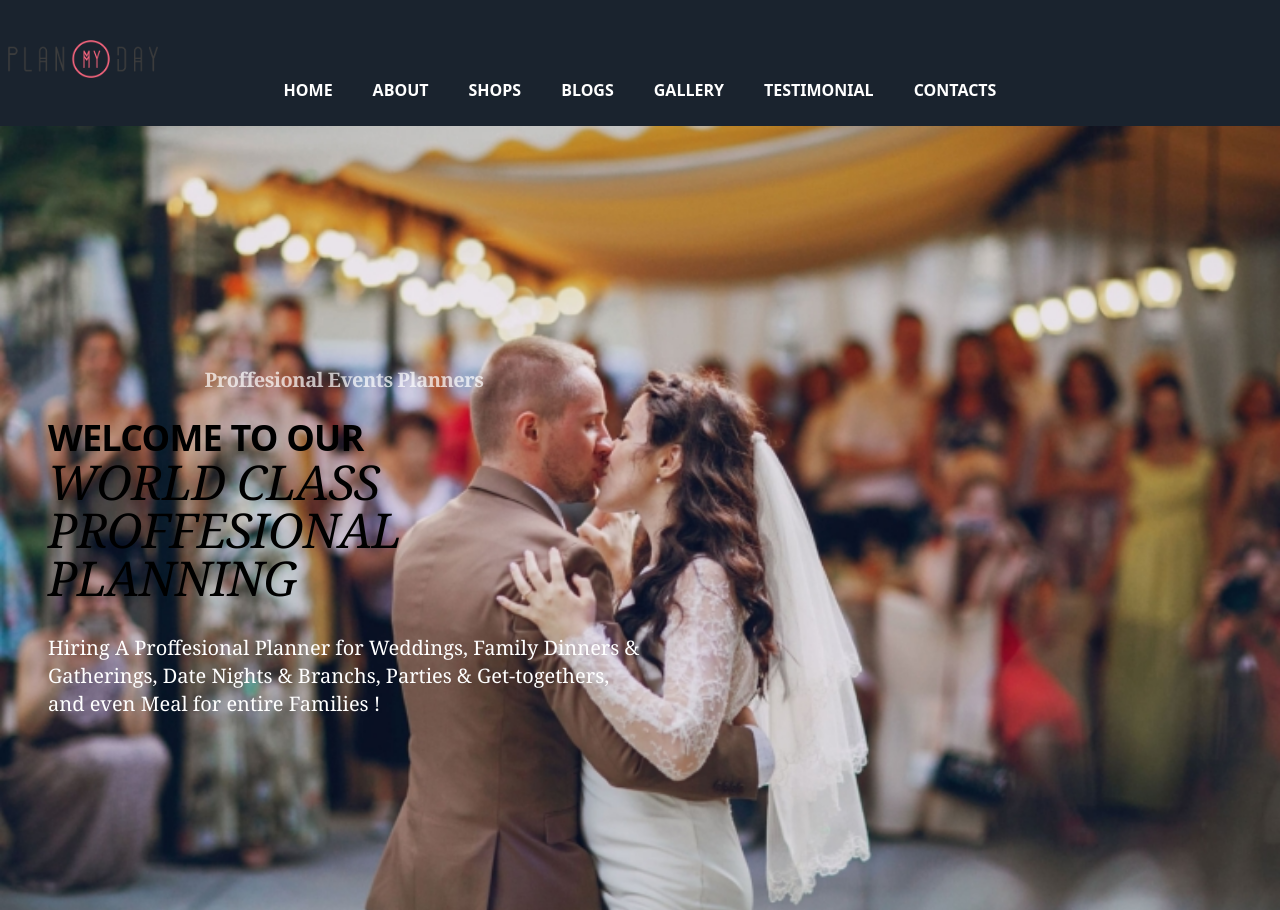
Repository: remydev47/eventsplanner
Page: /
An editor plug-in stored every save of this project. The page is shown before and after a run of saves, followed by the edit.
The browser window is 1280 px wide. The pictures show the whole page.
The project was rebuilt for these pictures with package versions that can differ from the ones it lists, and the page was loaded fresh each time. The framework's server and built-in components were replaced by stand-ins that run in the browser. Also part of the build but not shown: next.config.js, components/Navbar.jsx, components/Navigation.jsx, sections/Gallery.jsx, sections/Testimonial.jsx, sections/Plan.jsx, sections/Products.jsx, sections/Projects.jsx. Imported but missing from the stored project, and not drawn on this page: components/Button.

Above is the page before, as saved 2023-01-23 08:22:53.

### app/layout.jsx
import '../styles/globals.css';

export default function RootLayout({ children }) {
  return (
    <html lang="en">
      {/*
        <head /> will contain the components returned by the nearest parent
        head.jsx. Find out more at https://beta.nextjs.org/docs/api-reference/file-conventions/head
      */}
      <head />
      <body>{children}</body>
    </html>
  )
}

### app/page.jsx
import Header from '@/components/Header'
import Navbar from '@/components/Navbar'
import Navigation from '@/components/Navigation'
import { Hero } from '@/sections'
import Image from 'next/image'


export default function Home() {
  return (
   <div className='bg-primary-black'>
     <Header />
     <Hero />
   </div>
  )
}

### components/Header.jsx
'use client';
import React, {useState} from 'react';
import { motion } from "framer-motion";
import { navLinks } from '../constants';
import Logo from './Logo';
import Image from 'next/image';
import { navVariants } from '@/utils/motion';

const Header = () => {
    const [toggle, setToggle] = useState(false)

  return (
  <motion.nav
   variants={navVariants}
   initial="hidden"
   whileInView="show"
   className={`relative`}
  >
    <nav className={styles.container}>
        <Logo />
        <ul
          className={styles.navWrapper}
        >
            {navLinks.map((nav, index) => (
                <li
                 key={nav.id}
                 className={`font-poppins font-bold cursor-pointer text-[16px]
                   ${index === navLinks.length - 1 ? 'mr-0' : 'mr-10'}
                  text-white `}
                >
                    <a href={`#${nav.id}`}>
                        {nav.title}
                    </a>
                </li>
            ))}
        </ul>
        {/* mobile */}
        <div className={styles.mobile}>
            <Image
              src={ toggle ? '/images/close.svg' : '/images/menu.svg'}
              alt='menu'
              width={60}
              height={60}
              className={styles.mobileItem}
              onClick={() => setToggle((prev) => !prev)}
            />
            {/* toggle menu */}
            <motion.nav
              variants={navVariants}
              initial="hidden"
              whileInView="show"
              className={`relative`}
               >
             <div className={`${toggle ? 'flex' : 'hidden'} ${styles.toggleContainer}`}
             >
              <ul
                className={styles.navWrapper2}
              >
                {navLinks.map((nav, index) => (
                    <li
                     key={nav.id}
                     className={` font-bold cursor-pointer text-[16px]
                     mt-2 border-t border-slate-200 py-4 dark:border-slate-600
                     ${index === navLinks.length - 1 ? 'mr-0' : 'mb-4'}
                     text-white `}
                    >
                     <a href={`#${nav.id}`}>
                        {nav.title}
                     </a>
                    </li>
                 ))}
              </ul>
             </div>
            </motion.nav>

        </div>
    </nav>
  </motion.nav>
  )
}

export default Header;

const styles = {
    container:`w-full py-6 justify-between items-center navbar`,
    navWrapper:`list-none sm:flex hidden justify-center items-center flex-1`,
    navWrapper2:`list-none flex flex-col justify-end items-center flex-1`,
    mobile:`sm:hidden flex flex-1 justify-end items-center`,
    mobileItem:`h-[28px] w-[28px] object-contain`,
    toggleContainer:`p-6 bg-primary-black absolute top-20 right-0 mx-4 my-2 min-w-[140px] rounded-xl sidebar`
}

### sections/index.js
import Gallery from "./Gallery";
import Testimonial from "./Testimonial";
import Plan from "./Plan";
import Products from "./Products";
import Projects from "./Projects";
import Hero from "./Hero";

export {
    Gallery, Testimonial, Plan, Products, Projects, Hero
}

### constants/index.js
export const navLinks =[
    {
        id:"home",
        title:"HOME"
    },
    {
        id:"about",
        title:"ABOUT"
    },
    {
        id:"shop",
        title:"SHOPS"
    },

    {
        id:"blog",
        title:"BLOGS"
    },
    {
        id:"gallery",
        title:"GALLERY"
    },
    {
        id:"testimonials",
        title:"TESTIMONIAL"
    },
    {
        id:"contacts",
        title:"CONTACTS"
    },
]

### components/Logo.jsx
'use client';
import Image from "next/image";

const Logo = () => {
  return (
    <div>
        <Image
          alt="events-planner"
          src='/images/logo_black.png'
          width={150}
          height={75}
          className='ml-2 mt-4'
        />
    </div>
  )
}

export default Logo

### utils/motion.js
export const navVariants = {
    hidden: {
      opacity: 0,
      y: -50,
      transition: {
        type: 'spring',
        stiffness: 300,
        damping: 140,
      },
    },
    show: {
      opacity: 1,
      y: 0,
      transition: {
        type: 'spring',
        stiffness: 80,
        delay: 1,
      },
    },
  };

  export const slideIn = (direction, type, delay, duration) => ({
    hidden: {
      x: direction === 'left' ? '-100%' : direction === 'right' ? '100%' : 0,
      y: direction === 'up' ? '100%' : direction === 'down' ? '100%' : 0,
    },
    show: {
      x: 0,
      y: 0,
      transition: {
        type,
        delay,
        duration,
        ease: 'easeOut',
      },
    },
  });

  export const staggerContainer = (staggerChildren, delayChildren) => ({
    hidden: {},
    show: {
      transition: {
        staggerChildren,
        delayChildren,
      },
    },
  });

  export const textVariant = (delay) => ({
    hidden: {
      y: 50,
      opacity: 0,
    },
    show: {
      y: 0,
      opacity: 1,
      transition: {
        type: 'spring',
        duration: 1.25,
        delay,
      },
    },
  });

  export const textContainer = {
    hidden: {
      opacity: 0,
    },
    show: (i = 1) => ({
      opacity: 1,
      transition: { staggerChildren: 0.1, delayChildren: i * 0.1 },
    }),
  };

  export const textVariant2 = {
    hidden: {
      opacity: 0,
      y: 20,
    },
    show: {
      opacity: 1,
      y: 0,
      transition: {
        type: 'tween',
        ease: 'easeIn',
      },
    },
  };

  export const fadeIn = (direction, type, delay, duration) => ({
    hidden: {
      x: direction === 'left' ? 100 : direction === 'right' ? -100 : 0,
      y: direction === 'up' ? 100 : direction === 'down' ? -100 : 0,
      opacity: 0,
    },
    show: {
      x: 0,
      y: 0,
      opacity: 1,
      transition: {
        type,
        delay,
        duration,
        ease: 'easeOut',
      },
    },
  });

  export const planetVariants = (direction) => ({
    hidden: {
      x: direction === 'left' ? '-100%' : '100%',
      rotate: 120,
    },
    show: {
      x: 0,
      rotate: 0,
      transition: {
        type: 'spring',
        duration: 1.8,
        delay: 0.5,
      },
    },
  });

  export const zoomIn = (delay, duration) => ({
    hidden: {
      scale: 0,
      opacity: 0,
    },
    show: {
      scale: 1,
      opacity: 1,
      transition: {
        type: 'tween',
        delay,
        duration,
        ease: 'easeOut',
      },
    },
  });

  export const footerVariants = {
    hidden: {
      opacity: 0,
      y: 50,
      transition: {
        type: 'spring',
        stiffness: 300,
        damping: 140,
      },
    },
    show: {
      opacity: 1,
      y: 0,
      transition: {
        type: 'spring',
        stiffness: 80,
        delay: 0.5,
      },
    },
  };

### sections/Hero.jsx
'use client';
import { slideIn } from "@/utils/motion";
import { motion } from "framer-motion";

const Hero = () => {
    return(
    <section className='relative pt-48 pb-12 xl:pt-60 sm:pb-16 lg:pb-32 xl:pb-48 2xl:pb-56'>
        <motion.div
          variants={slideIn('right', 'tween', 0.2, 1)}
         >
          <div className="absolute inset-0">
           <img className="object-cover w-full h-full" src="/images/hero.jpg" alt="" />
          </div>
        </motion.div>

     <div className='relative'>
       <div className="px-6 mx-auto sm:px-8 lg:px-12 max-w-7xl">
        <div className="w-full lg:w-2/3 xl:w-1/2">
         <h1 className="font-serif text-xl font-bold tracking-tight text-white text-opacity-70 text-center">Proffesional Events Planners</h1>
          <p className="mt-6 tracking-tighter text-[#000]">
            <span className="font-sans font-bold text-4xl">WELCOME TO OUR </span><br />
            <span className="font-serif italic font-BOLD text-5xl">WORLD CLASS PROFFESIONAL PLANNING</span>
         </p>
         <p className="mt-8 font-erif text-xl font-serif text-[#fff]">
          Hiring A Proffesional Planner for Weddings, Family Dinners & Gatherings, Date Nights & Branchs, Parties & Get-togethers, and even Meal for entire Families !
         </p>
        </div>
      </div>
     </div>
     </section>
    )
}

export default Hero;

### components/MenuPopover.jsx
'use client';
import { navLinks } from "@/constants";
import Logo from "./Logo";
import React, {useState, Fragment} from 'react';
import { navLinks } from '../constants';
import { IconButton, Button } from './Button';
import { Transition, Dialog } from '@headlessui/react';
import Logo from './Logo';
import Image from 'next/image';

const Menupopover = () => {
  const [isOpen, setIsOpen] = useState(false)

  return (
    <div>

      <svg className='h-6 w-6 ' fill='none' stroke='currentColor'>
        <path
          strokeLinecap='round'
          strokeLinejoin='round'
          strokeWidth={2}
          d='M4 6h16M4 12h16M4 18h16'
        />
      </svg>

    <Transition
      show={isOpen}
      appear
      as={Fragment}
      enter='transform transition ease-in-out duration-300'
      enterFrom='-translate-x-full'
      enterTo='translate-x-0'
      leave='transform transition ease-in-out duration-300 delay-200'
      leaveFrom='translate-x-0'
      leaveTo='-translate-x-full'
     >
     <Dialog
       as='div'
       className={`fixed inset-0 z-50`}
       onClose={setIsOpen}
       open={isOpen}
       >
       <Transition.Child
         as={Fragment}
         enter='ease-out duration-300 delay-300'
         enterFrom='opacity-0'
         enterTo='opacity-100'
         leave='ease-in duration-200'
         leaveFrom='opacity-100'
         leaveTo='opacity-0'
       >

        <Dialog.Overlay
          className={`fixed inset-0 bg-black/20 backdrop-blur-sm dark:bg-gray-900/80`}
         />
      </Transition.Child>
       <div className={styles.dialogcontainer}>
        <a className='mx-auto mt-4 flex w-[140px] '>
          <Logo />
        </a>
        <ul
            className={styles.navWrapper2}
         >
            {navLinks.map((nav, index) => (
                <li
                 key={nav.id}
                 className={` font-bold cursor-pointer text-[16px]
                  mt-2 border-t border-slate-200 py-4 dark:border-slate-600
                  ${index === navLinks.length - 1 ? 'mr-0' : 'mb-4'}
                  text-white `}
                >
                 <a href={`#${nav.id}`}>
                    {nav.title}
                 </a>
                </li>
             ))}
         </ul>


          <svg
            viewBox='0 0 10 10'
            className='h-2.5 w-2.5 overflow-visible'
            aria-hidden='true'
          >
            <path
                d='M0 0L10 10M10 0L0 10'
                fill='none'
                stroke='currentColor'
                strokeWidth='2'
                strokeLinecap='round'
              />
          </svg>

       </div>
     </Dialog>
    </Transition>
  </div>
  )
}

export default Menupopover;

const styles ={
  dialogcontainer:`fixed top-0 bottom-0 left-0 w-full max-w-xs rounded-r-xl bg-blue-400 p-6 shadow-lg dark:bg-gray-800`,
  menuitems:`group relative flex h-9 items-center oveflow-hidden rounded-md hover:bg-slate-200/50`,
  navWrapper2:`list-none flex flex-col justify-end items-center flex-1`,
}

Loaded but not shown: styles/globals.css (common file); tailwind.config.js (common file)

After the next 3 saves:
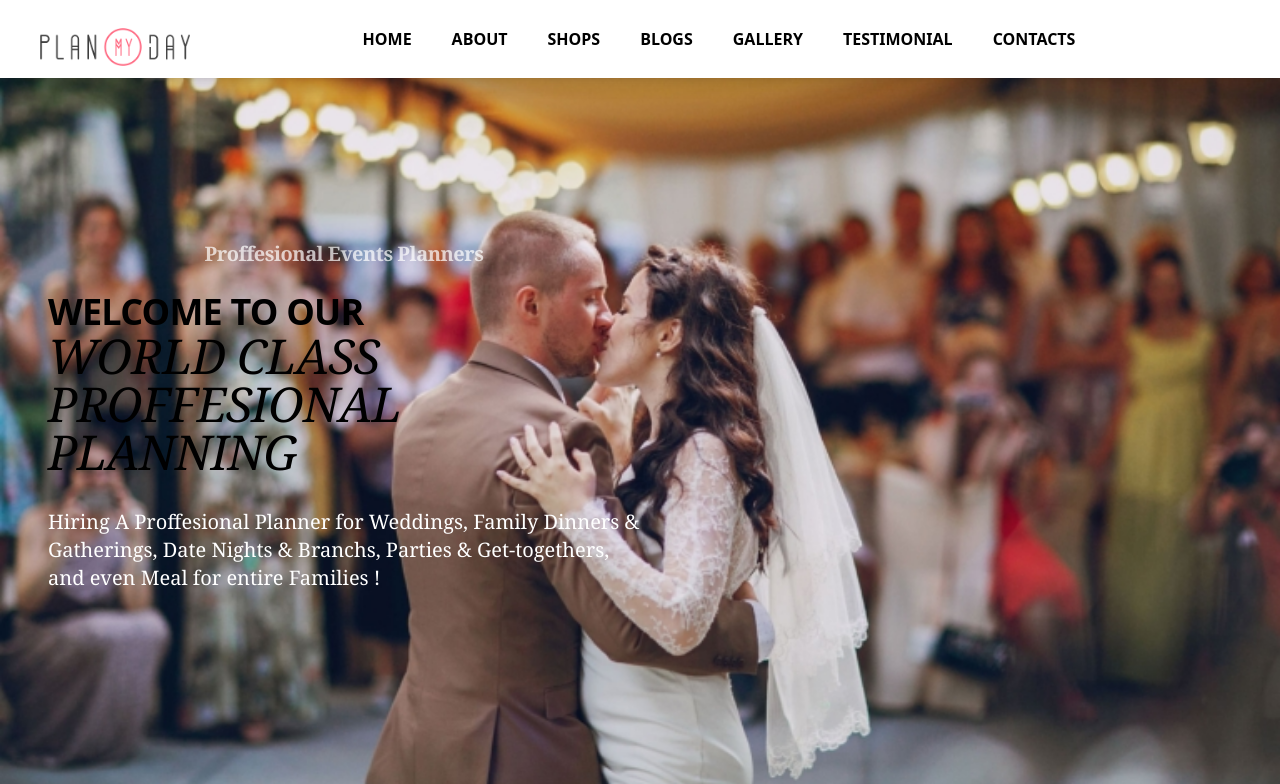
The 3 saves are shown as one change because 2 did not build or start.
The last was saved 5 min 25 s later.
--- a/components/Header.jsx
+++ b/components/Header.jsx
@@ -5,6 +5,8 @@
 import Logo from './Logo';
 import Image from 'next/image';
 import { navVariants } from '@/utils/motion';
+import Menupopover from './MenuPopover';
+
 
 const Header = () => {
     const [toggle, setToggle] = useState(false)
@@ -16,65 +18,31 @@
    whileInView="show"
    className={`relative`}
   >
-    <nav className={styles.container}>
-        <Logo />
-        <ul
-          className={styles.navWrapper}
-        >
+   <header className="fixed inset-x-0 bg-[#fff] z-20 flex justify-between items-center py-2 px-2 shadow-lg dark:bg-slate-900 sm:py-3 sm:px-8">
+            <div className='flex grow-0 basis-1/3 md:hidden'>
+                <Menupopover />
+            </div>
+
+             <div className='flex grow-0 justify-center md:justify-start'>
+                <Logo />
+
+            </div>
+
+
+            <ul className="list-none sm:flex hidden justify-center items-center flex-1">
             {navLinks.map((nav, index) => (
                 <li
-                 key={nav.id}
-                 className={`font-poppins font-bold cursor-pointer text-[16px]
+                key={nav.id}
+                className={`font-bold cursor-pointer text-[16px] hover:text-blue-400
                    ${index === navLinks.length - 1 ? 'mr-0' : 'mr-10'}
-                  text-white `}
+                  text-black `}
                 >
-                    <a href={`#${nav.id}`}>
-                        {nav.title}
-                    </a>
+                    <a>{nav.title}</a>
                 </li>
             ))}
-        </ul>
-        {/* mobile */}
-        <div className={styles.mobile}>
-            <Image
-              src={ toggle ? '/images/close.svg' : '/images/menu.svg'}
-              alt='menu'
-              width={60}
-              height={60}
-              className={styles.mobileItem}
-              onClick={() => setToggle((prev) => !prev)}
-            />
-            {/* toggle menu */}
-            <motion.nav
-              variants={navVariants}
-              initial="hidden"
-              whileInView="show"
-              className={`relative`}
-               >
-             <div className={`${toggle ? 'flex' : 'hidden'} ${styles.toggleContainer}`}
-             >
-              <ul
-                className={styles.navWrapper2}
-              >
-                {navLinks.map((nav, index) => (
-                    <li
-                     key={nav.id}
-                     className={` font-bold cursor-pointer text-[16px]
-                     mt-2 border-t border-slate-200 py-4 dark:border-slate-600
-                     ${index === navLinks.length - 1 ? 'mr-0' : 'mb-4'}
-                     text-white `}
-                    >
-                     <a href={`#${nav.id}`}>
-                        {nav.title}
-                     </a>
-                    </li>
-                 ))}
-              </ul>
-             </div>
-            </motion.nav>
+           </ul>
 
-        </div>
-    </nav>
+        </header>
   </motion.nav>
   )
 }
--- a/components/MenuPopover.jsx
+++ b/components/MenuPopover.jsx
@@ -2,10 +2,8 @@
 import { navLinks } from "@/constants";
 import Logo from "./Logo";
 import React, {useState, Fragment} from 'react';
-import { navLinks } from '../constants';
 import { IconButton, Button } from './Button';
 import { Transition, Dialog } from '@headlessui/react';
-import Logo from './Logo';
 import Image from 'next/image';
 
 const Menupopover = () => {
